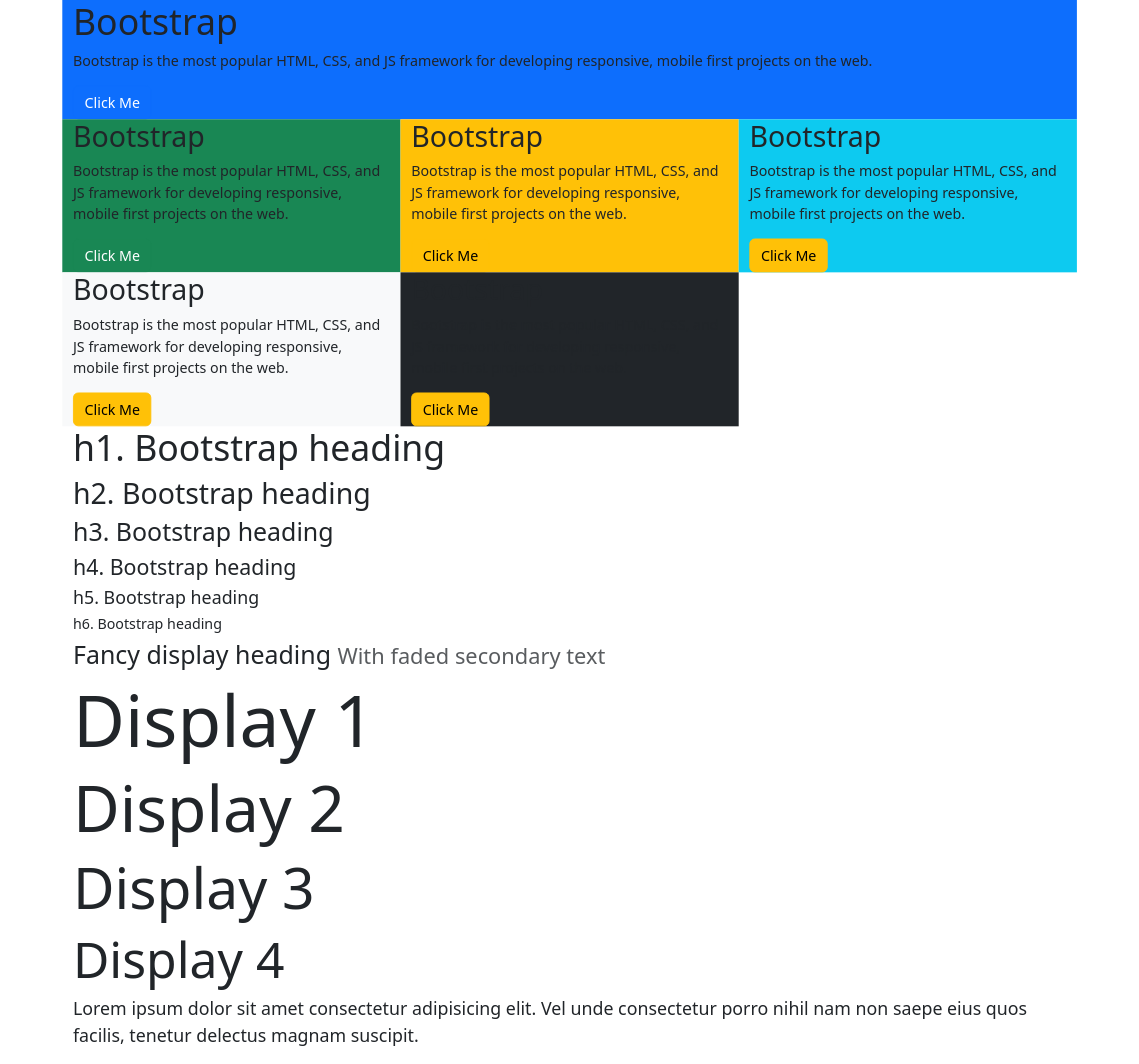
Repository: arunyerram/Web-TEChnologies
Page: b.html
An editor plug-in stored every save of this project. The page is shown before and after a run of saves, followed by the edit.
The browser window is 1280 px wide. The pictures show the whole page, at 89% of full size.

Above is the page before, as saved 2025-02-20 12:22:10.

After the next 5 saves:
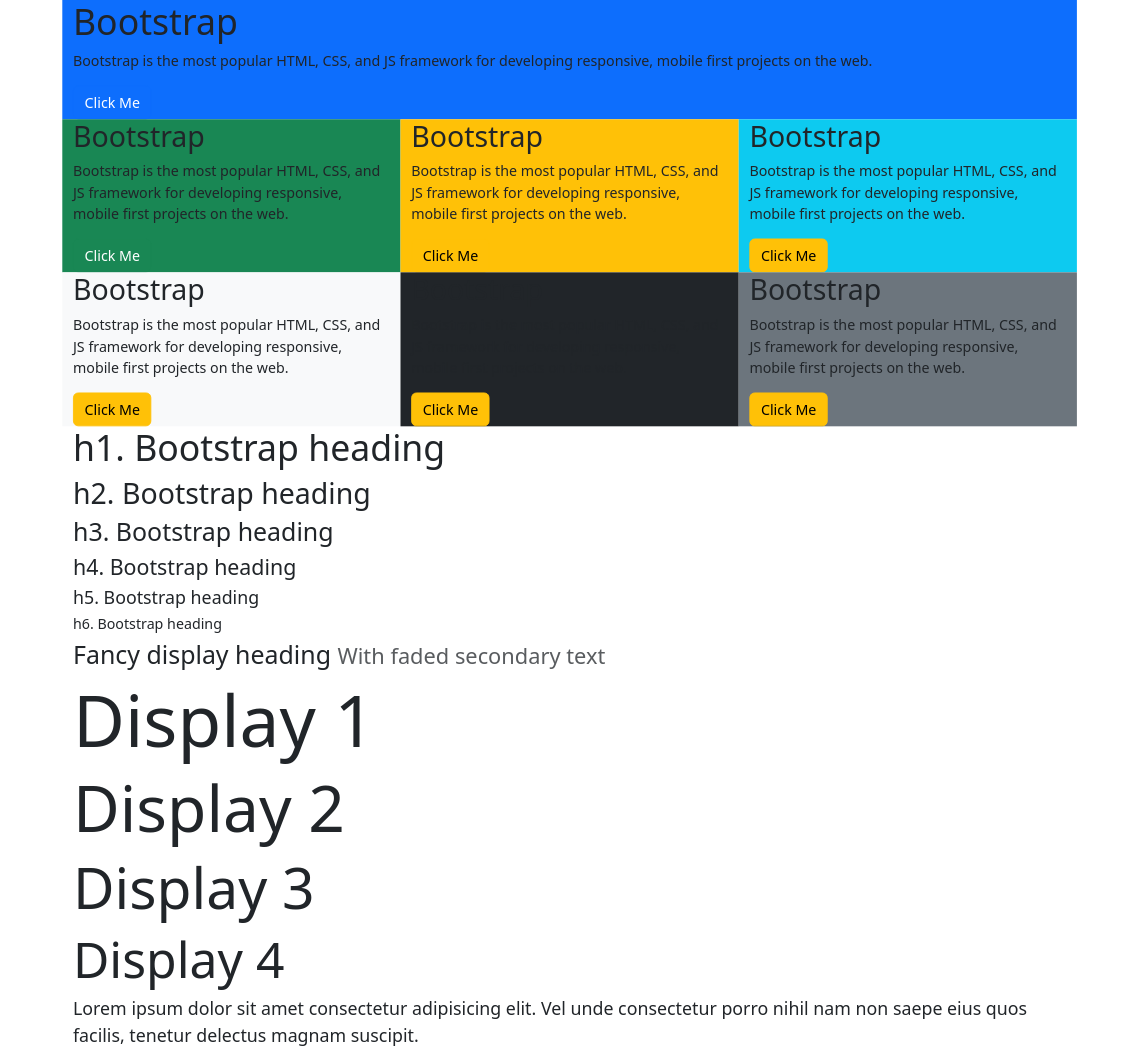
The 5 saves are shown as one change because they came seconds apart.
The last was saved 11 s later.
--- a/b.html
+++ b/b.html
@@ -43,7 +43,12 @@
                 <h2>Bootstrap</h2>
                 <p>Bootstrap is the most popular HTML, CSS, and JS framework for developing responsive, mobile first projects on the web.</p>
                 <button class="btn btn-warning">Click Me</button>
-        </div>
+            </div>
+            <div class="col-sm-4 bg-secondary">
+                <h2>Bootstrap</h2>
+                <p>Bootstrap is the most popular HTML, CSS, and JS framework for developing responsive, mobile first projects on the web.</p>
+                <button class="btn btn-warning">Click Me</button>
+            </div>
 
         <p class="h1">h1. Bootstrap heading</p>
         <p class="h2">h2. Bootstrap heading</p>
